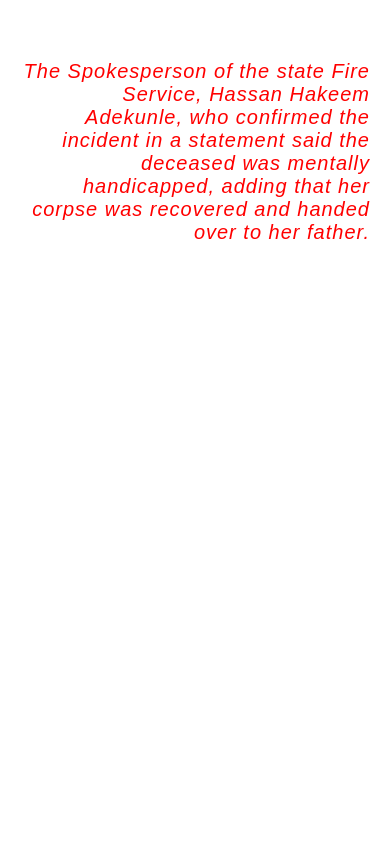
Repository: akinmiday/ReactNativeApp
Screen: /
These files come from the project's save history. The screen is drawn as it stood at one moment and after the next save; the edit follows.
The app was drawn by React Native's web renderer in a window 390 px wide. The project was rebuilt for these pictures with package versions that can differ from the ones it lists, and the page was loaded fresh each time.

Above is the screen before, as saved 2023-08-06 15:59:05.

### App.js
import { View, Text } from "react-native";
import styles from "./styles";
import { useState } from "react";

export default function App() {
  const { container, text } = styles;

  return (
    <View style={container}>
      <Text style={text}>
        The Spokesperson of the state Fire Service, Hassan Hakeem Adekunle, who
        confirmed the incident in a statement said the deceased was mentally
        handicapped, adding that her corpse was recovered and handed over to her
        father.
      </Text>
    </View>
  );
}

### styles.js
import { StyleSheet } from "react-native";

const styles = StyleSheet.create({
  container: {
    marginTop: 40,
    padding: 20,
    backgroundColor: "#fff",
    flex: 1,
  },
  input: {
    backgroundColor: "pink",
    marginTop: 20,
    padding: 20,
    marginTop: 20,
    marginBottom: 20,
  },
  text: {
    color: "red",
    fontSize: 20,
    fontFamily: "Arial",
    fontStyle: "italic",
    fontWeight: "normal",
    letterSpacing: 1,
    textAlign: "right",
  },
  button: {
    backgroundColor: "yellow",
    padding: 15,
    alignItems: "center",
    width: "50%",
    alignSelf: "center",
    borderWidth: 5,
    borderColor: "green",
    marginTop: 20,
  },
  item: {
    backgroundColor: "yellow",
    padding: 20,
    marginVertical: 5,
  },
  header: {
    fontSize: 15,
  },
  title: {
    fontSize: 10,
  },
});

export default styles;

After the next save:
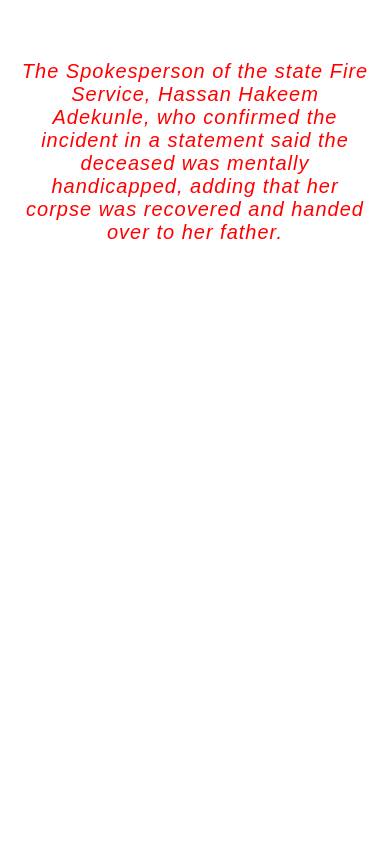
Saved 11 s later.
--- a/styles.js
+++ b/styles.js
@@ -21,7 +21,7 @@ const styles = StyleSheet.create({
     fontStyle: "italic",
     fontWeight: "normal",
     letterSpacing: 1,
-    textAlign: "right",
+    textAlign: "center",
   },
   button: {
     backgroundColor: "yellow",
